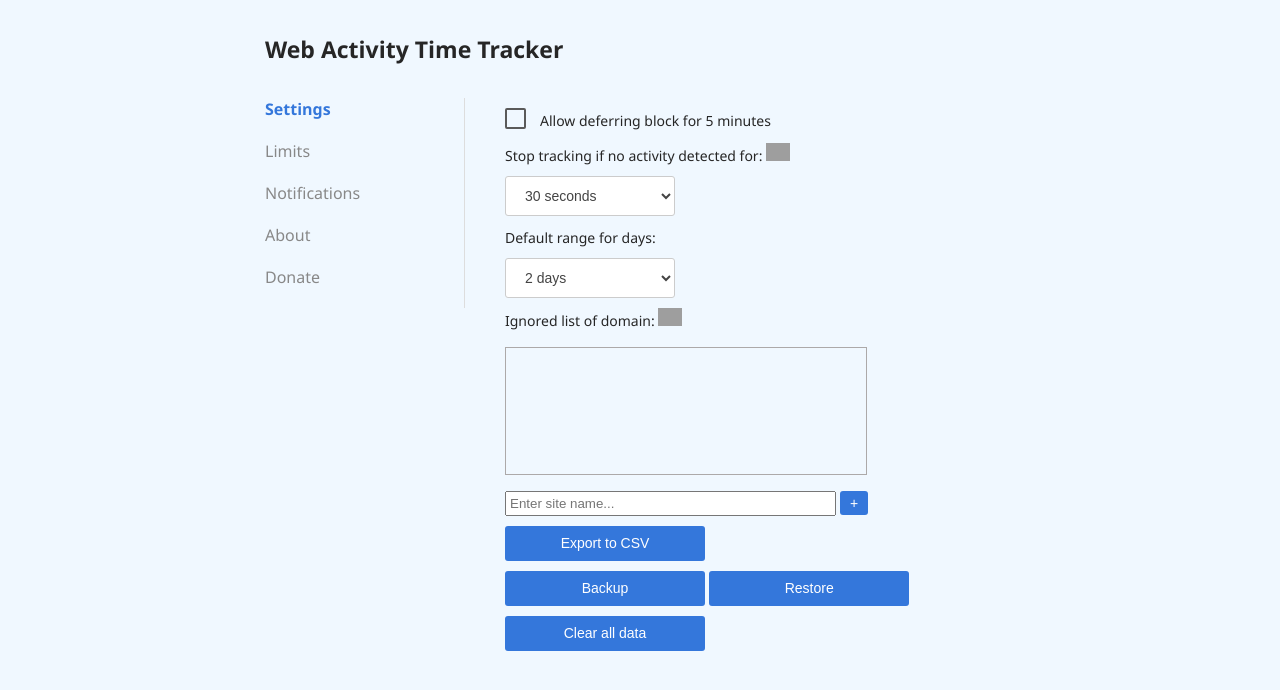
Repository: Inakhoyan/Lab-Project
Page: options.html
These files come from the project's save history. The page is drawn as it stood at one moment and after the next save; the edit follows.
The browser window is 1280 px wide. The pictures show the whole page.
Pictures or frames that could not be fetched are drawn as grey boxes.

Above is the page before, as saved 2022-11-19 00:39:00.
Console error: TypeError: Cannot read properties of null (reading 'addEventListener')

### options.html
<!DOCTYPE html>
<html lang="en">
<head>
    <head>
        <meta charset="utf-8">
        <title>Web Activity Time Tracker</title>
        <!-- <link href="style/picker/standalone.min.css" rel="stylesheet">
        <link href="style/picker/clockpicker.min.css" rel="stylesheet"> -->
        <link href="style/settings.css" rel="stylesheet">
        <script src="scripts/common.js"></script>
        <script src="scripts/storage.js"></script>
        <script src="scripts/settings.js"></script>
        <script src="scripts/restriction.js"></script>
        <script src="scripts/url.js"></script>
        <!-- <script src="scripts/picker/jquery-3.3.1.min.js"></script>
        <script src="scripts/picker/clockpicker.min.js"></script> -->
    </head>
</head>
<body>
    <body>
        <div class="content">
            <div class="header">
                <p class="title">Web Activity Time Tracker</p>
            </div>
            <div id="nav" class="nav">
                <a id="settingsBtn" class="active">Settings</a>
                <a id="restrictionsBtn">Limits</a>
                <a id="notifyBtn">Notifications</a>
                <a id="aboutBtn">About</a>
                <a id="donateBtn">Donate</a>
            </div>
            <div id="block">
                <div id="settingsBlock">

                    <div class="margin-top-10">
                        <label>
                            <input type="checkbox" class="filled-in" id="blockDeferral">
                            <span>Allow deferring block for 5 minutes</span>
                        </label>
                    </div>

                    <div class="margin-top-10">
                        <label>Stop tracking if no activity detected for: </label>
                        <div class="tooltip"><img src="/icons/information.svg" height="18">
                            <span class="tooltiptext">An activity is an action with a mouse or keyboard</span>
                        </div>
                        <div class="margin-top-10">
                            <select id="intervalInactivity" class="option">
                                <option value="30">30 seconds</option>
                                <option value="45">45 seconds</option>
                                <option value="60">1 min</option>
                                <option value="120">2 min</option>
                                <option value="300">5 mins</option>
                                <option value="600">10 mins</option>
                                <option value="1200">20 mins</option>
                                <option value="1800">30 mins</option>
                            </select>
                        </div>
                        <div class="margin-top-10"><label>Default range for days:</label></div>
                        <div class="margin-top-10">
                            <select id="rangeToDays" class="option">
                                <option value="days2">2 days</option>
                                <option value="days3">3 days</option>
                                <option value="days4">4 days</option>
                                <option value="days5">5 days</option>
                                <option value="days6">6 days</option>
                                <option value="days7">7 days</option>
                                <option value="month1">1 month</option>
                                <option value="month2">2 month</option>
                                <option value="month3">3 month</option>
                            </select>
                        </div>
                        <div class="margin-top-10">
                            <label>Ignored list of domain: </label>
                            <div class="tooltip"><img src="/icons/information.svg" height="18">
                                <span class="tooltiptext">Activity for these domains not will tracked</span>
                            </div>
                            <div class="margin-top-10">
                                <ul id="blackList" class="listbox" size="7"></ul>
                            </div>
                            <div class="margin-top-10">
                                <input type="text" placeholder="Enter site name..." id="addBlackSiteLbl">
                                <input type="button" value="+" id="addBlackSiteBtn">
                            </div>
                            <div class="notify warning" id="notifyForBlackList" hidden="">
                                The site is already in the list
                            </div>
                        </div>
                        <div class="margin-top-10">
                            <input type="button" value="Export to CSV" id="exportToCsv">
                        </div>
                        <div class="margin-top-10">
                            <input type="button" value="Backup" id="backup">
                            <input type="button" value="Restore" id="restore">
                            <input id="file-input-backup" class="hidden" type="file" name="backupFile">
                        </div>
                        <div class="notify" id="notify-backup" hidden="">
                            Backup completed successfully
                        </div>
                        <div class="notify" id="notify-restore" hidden="">
                            Restore completed successfully
                        </div>
                        <div class="notify warning" id="notify-restore-failed" hidden="">
                            Backup file is not valid
                        </div>

                        </div>
                        <div class="margin-top-10"><input type="button" value="Clear all data" id="clearAllData"></div>
                        <div class="notify" id="notify" hidden="">
                            Data successfully deleted
                        </div>
                    </div>
                </div>
                <div id="restrictionsBlock" hidden="">
                    <label>Access daily restrictions for websites: </label>
                    <div class="tooltip"><img src="/icons/information.svg" height="18">
                        <span class="tooltiptext">Set the maximum time allowed on the site per day. After this time, has elapsed the site will be blocked.
                            Restrictions can be configured for specific paths on a site as well.</span>
                    </div>
                    <div class="margin-top-10">
                        <input type="text" class="label-with-list" placeholder="Enter site name..." id="addRestrictionSiteLbl">
                        <div class="inline-block clockpicker" data-placement="left" data-align="top" data-autoclose="true">
                            <input type="text" class="clock" placeholder="Time..." readonly="" id="addRestrictionTimeLbl">
                        </div>
                        <input type="button" value="+" class="btn-with-list" id="addRestrictionSiteBtn">
                    </div>
                    <div class="margin-top-10">
                        <ul id="restrictionsList" class="listbox list" size="10"></ul>
                    </div>
                    <div class="notify warning notify-width-300" id="notifyForRestrictionList" hidden="">
                        The site is already in the list
                    </div>
                </div>



            </div>
        </div>



    </body>
</body>
</html>

### style/settings.css
body {
    font-family: "Segoe UI", Tahoma, sans-serif !important;
    color: #262626;
    background-color: aliceblue;
}

.content {
    width: 750px;
    margin: 10px auto;
    display: grid;
    grid-template-columns: 200px auto;
    grid-column-gap: 40px;
    grid-template-areas: 'h h' 'n m';
}

.title{
    font-size: 23px;
    font-weight: 650;
}

.header{
    grid-area: h;
    margin: 0 0 10px;
    font-size: 20px;
}

a {
    color: #3477db;
    text-decoration: none;
    cursor: pointer;
}

.nav{
    grid-area: n;
    border-right: 1px solid #ddd;
    padding-right: 15px;
    align-self: start;
}

.nav a {
    font-size: 16px;
    margin-bottom: 20px;
    color: #888;
    display: block;
}

.nav a:hover {
    font-size: 16px;
    margin-bottom: 20px;
    color: #3477db;
    display: block;
    font-weight: 650;
}

.nav .active {
    color: #3477db;
    font-weight: bold;
}

label{
    font-size: 14px;
}

[type="checkbox"]:not(:checked),[type="checkbox"]:checked {
    position: absolute;
    opacity: 0;
    pointer-events: none
}

[type="checkbox"]+span {
    position: relative;
    padding-left: 35px;
    cursor: pointer;
    display: inline-block;
    height: 25px;
    line-height: 25px;
    font-size: 14px;
    -webkit-user-select: none;
    -moz-user-select: none;
    -ms-user-select: none;
    user-select: none
}

[type="checkbox"]+span:before,[type="checkbox"]:not(.filled-in)+span:after {
    content: '';
    position: absolute;
    top: 0;
    left: 0;
    width: 18px;
    height: 18px;
    z-index: 0;
    border: 2px solid #5a5a5a;
    border-radius: 1px;
    margin-top: 3px;
}

[type="checkbox"]:not(:checked):disabled+span:before {
    border: none;
    background-color: rgba(0,0,0,0.42)
}

[type="checkbox"]:checked:disabled+span:before {
    border-right: 2px solid rgba(0,0,0,0.42);
    border-bottom: 2px solid rgba(0,0,0,0.42)
}

[type="checkbox"].filled-in+span:after {
    border-radius: 2px
}

[type="checkbox"].filled-in+span:before,[type="checkbox"].filled-in+span:after {
    content: '';
    left: 0;
    position: absolute;
    z-index: 1
}

[type="checkbox"].filled-in:not(:checked)+span:before {
    width: 0;
    height: 0;
    border: 3px solid transparent;
    left: 6px;
    top: 10px;
    -webkit-transform: rotateZ(37deg);
    transform: rotateZ(37deg);
    -webkit-transform-origin: 100% 100%;
    transform-origin: 100% 100%
}

[type="checkbox"].filled-in:not(:checked)+span:after {
    height: 17px;
    width: 17px;
    background-color: transparent;
    border: 2px solid #5a5a5a;
    top: 0px;
    z-index: 0
}

[type="checkbox"].filled-in:checked+span:before {
    top: -3px;
    left: -2px;
    width: 7px;
    height: 12px;
    border-top: 3px solid transparent;
    border-left: 3px solid transparent;
    border-right: 3px solid #fff;
    border-bottom: 3px solid #fff;
    -webkit-transform: rotateZ(35deg);
    transform: rotateZ(35deg);
    -webkit-transform-origin: 100% 100%;
    transform-origin: 100% 100%
}

[type="checkbox"].filled-in:checked+span:after {
    top: 0;
    width: 17px;
    height: 17px;
    border: 2px solid #3477db;
    background-color: #3477db;
    z-index: 0
}

input[type="button"]{
    background: #3477db;
    color: #fff;
    border-radius: 3px;
    height: 35px;
    line-height: 35px;
    padding: 0 20px;
    border: 0;
    font-size: 14px;
    font-weight: 500;
    cursor: pointer;
    min-width: 80px;
    text-align: center;
    width: 200px;
}

input[type="button"]:hover {
    background: #5c9dfe;
    text-decoration: none;
  }


  input[type="button"][disabled]{
    border: 1px solid #999999;
    background-color: #cccccc;
    color: #666666;
  }

.margin-top-10{
      margin-top: 10px;
  }

.margin-top-20{
    margin-top: 20px;
}

.margin-left-5{
    margin-left: 5px;
}

.option {
    min-width: 170px;
    color: #444;
    background: #fff;
    border-radius: 3px;
    margin: 0;
    padding: 10px 30px 10px 15px;
    font-size: 14px;
    border-color: #ccc;
    position: relative;
    cursor: pointer;
}

.tooltip {
    position: relative;
    display: inline-block;
  }

  /* Tooltip text */
  .tooltip .tooltiptext {
    visibility: hidden;
    width: 250px;
    background-color: #555;
    color: #fff;
    text-align: center;
    padding: 5px;
    border-radius: 6px;

    /* Position the tooltip text */
    position: absolute;
    z-index: 1;
    transform: translateX(-50%) translateY(-120%);

    /* Fade in tooltip */
    opacity: 0;
    transition: opacity 0.3s;
  }

  /* Show the tooltip text when you mouse over the tooltip container */
  .tooltip:hover .tooltiptext {
    visibility: visible;
    opacity: 1;
  }

  .hidden{
      display: none !important;
  }

  .notify{
    width: 220px;
    height: 27px;
    margin: auto;
    background-color: rgb(21, 104, 0);
    color: rgb(255, 255, 255);
    text-align: center;
    font-weight: 600;
    border-radius: 5px;
    position: fixed;
    z-index: 1;
    top: 10px;
    right: 20px;
    font-size: 15px;
    white-space: nowrap;
    padding: 10px;
  }

  .listbox{
      overflow-y: auto;
      width: 350px;
      height: 120px;
      padding: 3px;
      padding: 3px 5px 3px 5px;
      border: 1px solid rgb(172, 169, 169);
  }

  .listbox img{
      float: right;
      cursor: pointer;
  }

  #addBlackSiteLbl{
      width: 321px;
      height: 15px;
      padding: 3px;
  }

  #addBlackSiteBtn{
    height: 24px !important;
    line-height: 20px !important;
    padding: 0 5px !important;
    min-width: 20px !important;
    width: 28px !important;
  }

  .label-with-list{
    width: 333px;
    height: 15px;
    padding: 3px;
}

.btn-with-list{
  height: 24px !important;
  line-height: 20px !important;
  padding: 0 5px !important;
  min-width: 20px !important;
  width: 28px !important;
}

.list{
    width: 440px;
    height: 250px;
}

.clock{
    width: 65px;
    height: 15px;
    padding: 3px;
}

.clock-li-readonly{
    border: none;
    margin-left: -3px;
}

.inline-block{
    display: inline-block !important;
}

.block{
    display: block;
}

.notify.warning{
    background-color: rgb(219, 93, 104);
}

.notify-width-300{
    width: 300px !important;
}

.button:hover,
.button:active,
.button:focus,

.bold{
    font-weight: 650;
}

### scripts/storage.js
'use strict';

class LocalStorage {
    loadTabs(name, callback, callbackIsUndefined) {
        chrome.storage.local.get(name, function(item) {
            if (item[name] !== undefined) {
                var result = item[name];
                if (result !== undefined)
                    callback(result);
            } else {
                if (callbackIsUndefined !== undefined)
                    callbackIsUndefined();
            }
        });
    }

    saveTabs(value, callback) {
        chrome.storage.local.set({ tabs: value });
        if (callback !== undefined)
            callback();
    }

    saveValue(name, value) {
        chrome.storage.local.set({
            [name]: value
        });
    }

    getValue(name, callback) {
        chrome.storage.local.get(name, function(item) {
            if (item !== undefined) {
                callback(item[name]);
            }
        });
    }

    getMemoryUse(name, callback) {
        chrome.storage.local.getBytesInUse(name, callback);
    };
}

### scripts/restriction.js
'use strict';

class Restriction {
    constructor(url, time) {
        this.url = new Url(url);
        this.time = convertTimeToSummaryTime(time);
    }
};

class Notification{
    constructor(url, time) {
        this.url = new Url(url);
        this.time = convertTimeToSummaryTime(time);
    }
};

### scripts/url.js
"use strict";

class Url {
  constructor(url) {
    if (url instanceof URL) {
      item = url;
    } else if (typeof url === "string") {
      if (url.indexOf("//") === -1) {
        url = "http://" + url;
      }
    } else {
      this.href = url.href;
      this.host = url.host;
      this.path = url.path;
      return;
    }

    var item = new URL(url);

    this.href = item.href;
    this.host = item.hostname;
    this.path = item.pathname === "/" ? "" : item.pathname;
  }

  isMatch(url) {
    if (!url) {
      return false;
    }

    try {
      url = url instanceof Url ? url : new Url(url);
    } catch {
      return false;
    }

    return this.isHostMatch(url.host) && this.isPathMatch(url.path);
  }

  isHostMatch(host) {
    if (host === this.host) {
      return true;
    }

    var thisHostParts = this.host.split(".").reverse();

    var hostParts = host.split(".").reverse();

    var result = thisHostParts.every((part, i) => hostParts[i] === part);

    return result;
  }

  isPathMatch(path) {
    var result = this.path === '' || path === this.path  || path.indexOf(this.path) === 0;

    return result;
  }

  getId() {
    return this.host + this.path.replace(/\//g, "-");
  }

  toString() {
    return this.host + this.path;
  }
}

Loaded but not shown: scripts/settings.js (531 lines, source omitted); scripts/common.js (210 lines, source omitted)

After the next save:
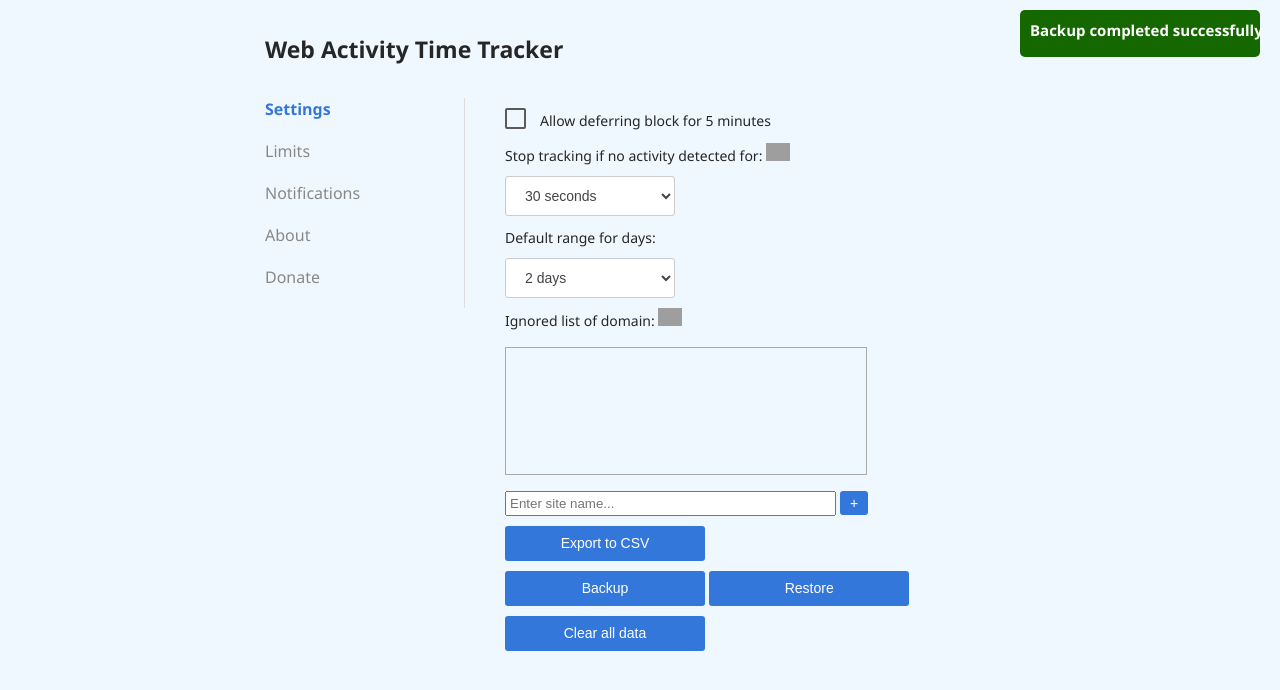
Saved 34 s later.
--- a/options.html
+++ b/options.html
@@ -94,7 +94,7 @@
                             <input type="button" value="Restore" id="restore">
                             <input id="file-input-backup" class="hidden" type="file" name="backupFile">
                         </div>
-                        <div class="notify" id="notify-backup" hidden="">
+                        <div class="notify" id="notify-backup" >
                             Backup completed successfully
                         </div>
                         <div class="notify" id="notify-restore" hidden="">

After the save that followed:
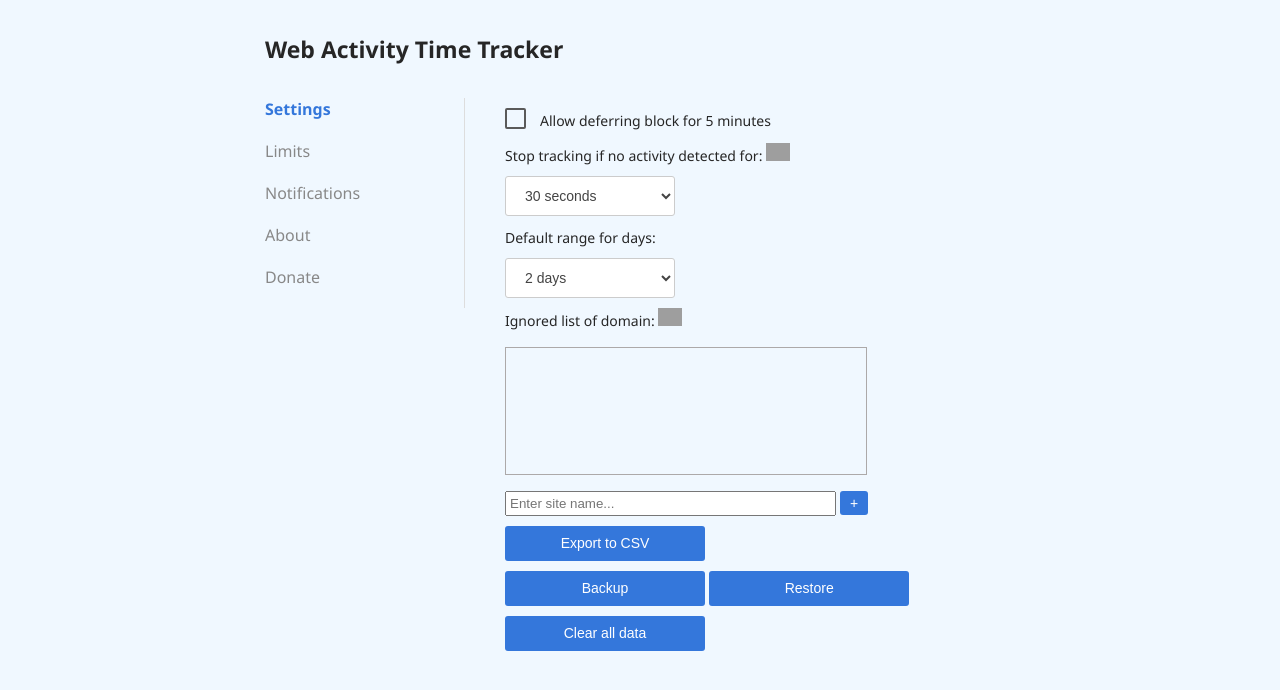
Saved 6 s later.
--- a/options.html
+++ b/options.html
@@ -94,7 +94,7 @@
                             <input type="button" value="Restore" id="restore">
                             <input id="file-input-backup" class="hidden" type="file" name="backupFile">
                         </div>
-                        <div class="notify" id="notify-backup" >
+                        <div class="notify" id="notify-backup" hidden="">
                             Backup completed successfully
                         </div>
                         <div class="notify" id="notify-restore" hidden="">
